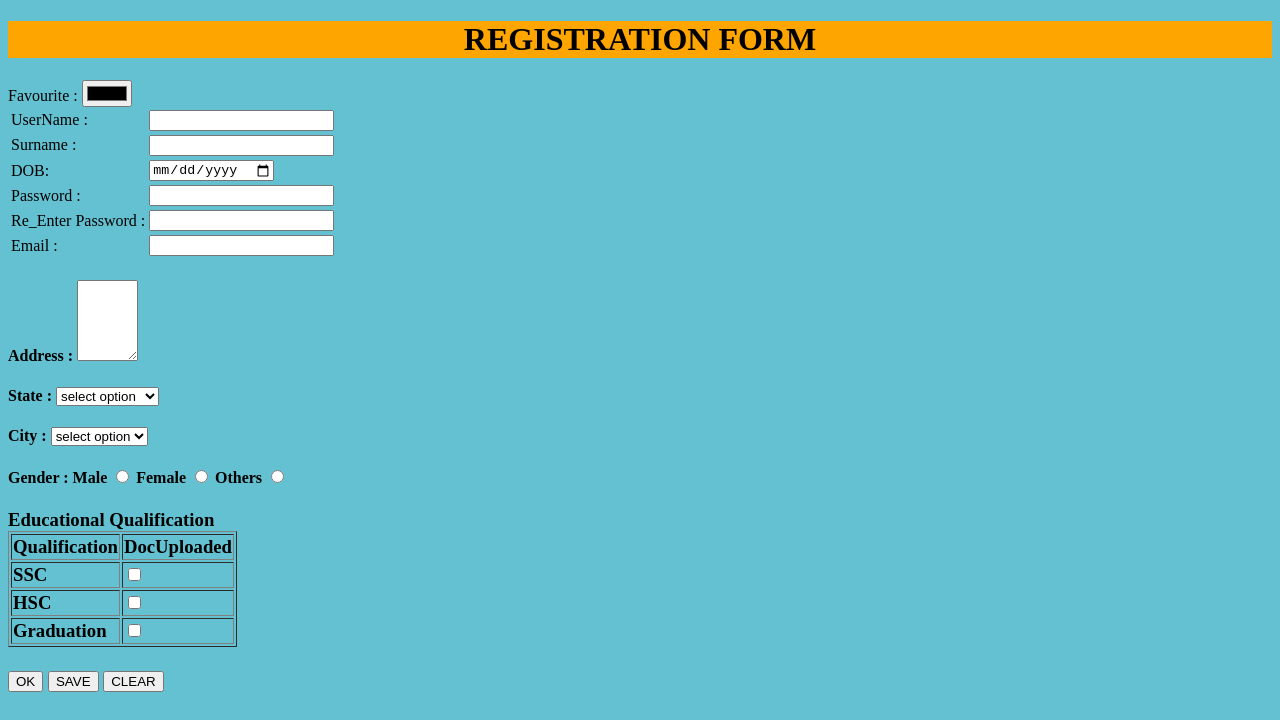
Repository: AJEET006/AdvanceJava-DSA
Page: ADVANCE_JAVA/HW_Example/WebContent/RegistrationForm.html
The author's editor kept a copy of each file at every save. The page is drawn from the files as they stood at one save, then again after the next save.
The browser window is 1280 px wide. The pictures show the whole page.

Above is the page before, as saved 2022-06-21 18:52:02.

### ADVANCE_JAVA/HW_Example/WebContent/RegistrationForm.html
<!DOCTYPE html>
<html>
<head>
<meta charset="ISO-8859-1">
<title>Insert title here</title>
</head>
<body style="background-color: rgb(100, 193, 209);">
	<form>
		<h1 style="background-color: orange;">
			<bg>
			<center>REGISTRATION FORM</center>
			</bg>
		</h1>
		<table>
			<tr>
				<td>UserName :</td>

				<td><input type="text" name="" /></td>
			</tr>
			<tr>
				<td>Surname :</td>
				<td><input type="text" /></td>
			</tr>
			<tr>
				<td>DOB:</td>
				<td><input type="date" /></td>
			</tr>
			<tr>
				<td>Password :</td>
				<td><input type="password" /></td>
			</tr>
			<tr>
			<td> Re_Enter Password :</td>
			<td><input type="password" /></td>
			</tr>
			<tr>
			<td>  Email :</td>
			<td><input type="email" /></td>
			</tr>
				 Favourite :
				<input type="color" />
		</table>
		<h4>
			Address :
			<textarea rows="5" cols="5"></textarea>
		</h4>
		<h4>
			State : <select name="State">
				<option>select option</option>
				<option>Uttar pradesh</option>
				<option>Maharashtra</option>
				<option>Rajasthan</option>
				<option>Punjab</option>
				<option>Bihar</option>

			</select>
		</h4>
		<h4>
			City : <select name="City">
				<option>select option</option>
				<option>Prayagraj</option>
				<option>Pune</option>
				<option>Chennai</option>
				<option>Hydarabad</option>
				<option>Darbhanga</option>

			</select>
		</h4>



		<h4>
			Gender : Male <input type="radio" name="gender" /> Female <input
				type="radio" name="gender" /> Others <input type="radio"
				name="gender" />
		</h4>
		<h3>
			Educational Qualification
			<table border="1">
				<tr>
					<th>Qualification</th>
					<th>DocUploaded</th>

				</tr>
				<tr>
					<td>SSC</td>
					<td><input type="checkbox" name="SSC"></td>
				</tr>
				<tr>
					<td>HSC</td>
					<td><input type="checkbox" name="HSC"></td>
				</tr>
				<tr>
					<td>Graduation</td>
					<td><input type="checkbox" name="Graduation"></td>
				</tr>
			</table>
			<br /> <input type="button" value="OK"> <input type="button"
				value="SAVE"> <input type="button" value="CLEAR">

		</h3>

	</form>
</body>
</html>

After the next save:
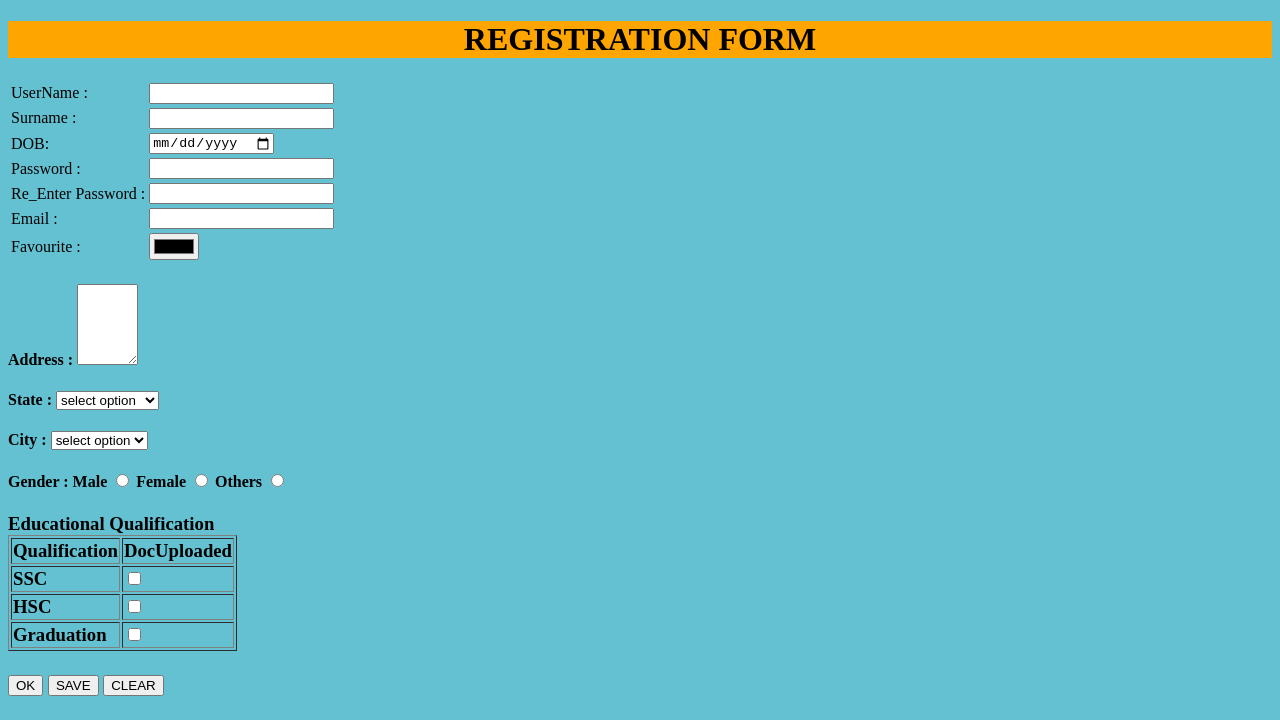
Saved 35 s later.
--- a/ADVANCE_JAVA/HW_Example/WebContent/RegistrationForm.html
+++ b/ADVANCE_JAVA/HW_Example/WebContent/RegistrationForm.html
@@ -37,8 +37,10 @@
 			<td>  Email :</td>
 			<td><input type="email" /></td>
 			</tr>
-				 Favourite :
-				<input type="color" />
+			<tr>
+				<td> Favourite :</td>
+				<td><input type="color" /></td>
+			</tr>
 		</table>
 		<h4>
 			Address :
